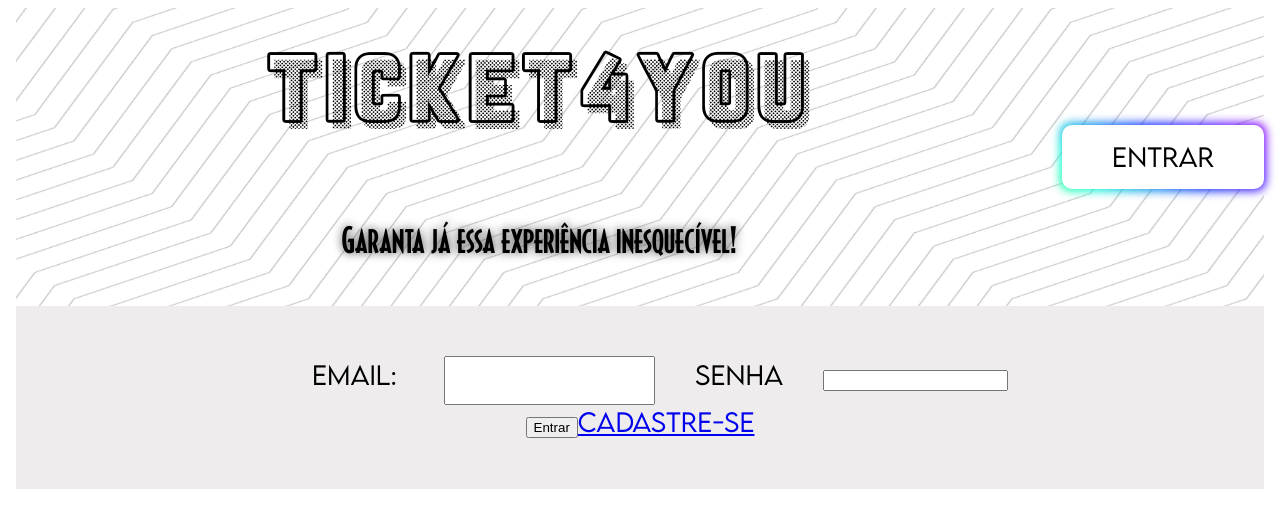
Repository: hellengurgaczz/projeto-DSA
Page: /login
The author's editor kept a copy of each file at every save. The page is drawn from the files as they stood at one save, then again after the next save.
The browser window is 1280 px wide. The pictures show the whole page.
The project was rebuilt for these pictures with package versions that can differ from the ones it lists, and the page was loaded fresh each time. Some packages were replaced by stand-ins written for this rebuild. Also part of the build but not shown: angular.json, src/app/ingressos/templates/cadastrar/cadastrar.component.ts, src/app/models/ingresso.model.ts, src/app/services/ingresso.service.ts, src/app/compra/comprar-ingresso/comprar-ingresso.component.ts, src/app/models/compra.model.ts, src/app/services/compra.service.ts, src/app/ingressos/templates/deletar/deletar.component.ts and 3 more.

Above is the page before, as saved 2022-05-10 12:31:31.

### src/index.html
<!doctype html>
<html lang="en">
<head>
  <meta charset="utf-8">
  <title>ProjetoDSA</title>
  <base href="/">
  <meta name="viewport" content="width=device-width, initial-scale=1">
  <link rel="icon" type="image/x-icon" href="favicon.ico">
</head>
<body>
  <app-root></app-root>
</body>
</html>

### src/app/app.module.ts
import { NgModule } from '@angular/core';
import { BrowserModule } from '@angular/platform-browser';
import { HttpClientModule } from '@angular/common/http';

import { AppRoutingModule } from './app-routing.module';
import { BrowserAnimationsModule } from '@angular/platform-browser/animations';
import { AppComponent } from './app.component';
import { HeaderComponent } from './ingressos/templates/header/header.component';
import { CadastrarComponent } from './ingressos/templates/cadastrar/cadastrar.component';
import { ListarComponent } from './ingressos/templates/listar/listar.component';
import { DeletarComponent } from './ingressos/templates/deletar/deletar.component';
import { EditarComponent } from './ingressos/templates/editar/editar.component';

// imports angular material

import { FormsModule } from '@angular/forms';
import { ComprarIngressoComponent } from './compra/comprar-ingresso/comprar-ingresso.component';
import { LoginComponent } from './login/login.component';
import { LoginCadastroComponent } from './login/login-cadastro/login-cadastro.component';


@NgModule({
  imports: [
    BrowserModule,
    AppRoutingModule,
    HttpClientModule,
    BrowserAnimationsModule,
    FormsModule
  ],
  declarations: [
    AppComponent,
    HeaderComponent,
    CadastrarComponent,
    ListarComponent,
    DeletarComponent,
    EditarComponent,
    ComprarIngressoComponent,
    LoginComponent,
    LoginCadastroComponent
  ],
  providers: [],
  bootstrap: [AppComponent]
})
export class AppModule { }

### src/app/app-routing.module.ts
import { NgModule } from '@angular/core';
import { RouterModule, Routes } from '@angular/router';
import { CadastrarComponent } from './ingressos/templates/cadastrar/cadastrar.component';
import { ComprarIngressoComponent } from './compra/comprar-ingresso/comprar-ingresso.component';
import { DeletarComponent } from './ingressos/templates/deletar/deletar.component';
import { EditarComponent } from './ingressos/templates/editar/editar.component';
import { ListarComponent } from './ingressos/templates/listar/listar.component';
import { LoginComponent } from './login/login.component';
import { LoginCadastroComponent } from './login/login-cadastro/login-cadastro.component';

const routes: Routes = [
  {path: "", component: ListarComponent},
  {path: "cadastrar", component: CadastrarComponent},
  {path: "listar", component: ListarComponent},
  {path: "editar/:id", component: EditarComponent},
  {path: "deletar/:id", component: DeletarComponent},
  {path: "comprar/:id", component: ComprarIngressoComponent},
  {path: "login", component: LoginComponent},
  {path: "login/cadastro", component: LoginCadastroComponent}
];

@NgModule({
  imports: [RouterModule.forRoot(routes)],
  exports: [RouterModule]
})

export class AppRoutingModule { }

### src/app/app.component.ts
import { Component } from '@angular/core';

@Component({
  selector: 'app-root',
  templateUrl: './app.component.html',
  styleUrls: ['./app.component.css']
})
export class AppComponent {
  title = 'projeto-DSA';
}

### src/app/login/login.component.ts
import { Component, OnInit } from '@angular/core';
import { ActivatedRoute, Router } from '@angular/router';
import { Login } from '../models/login.model';
import { LoginService } from '../services/login.service';

@Component({
  selector: 'app-login',
  templateUrl: './login.component.html',
  styleUrls: ['./login.component.css']
})
export class LoginComponent implements OnInit {

  login: Login = new Login();

  constructor(private service: LoginService, private router: Router, private route: ActivatedRoute) { }

  ngOnInit(): void {

  }

  verificarLogin() {
    this.service.buscarLogin(this.login).subscribe(() => {
      this.router.navigate(['/listar']);
    });
  }

}

### src/app/app.component.html
<body>
  <app-header></app-header>

  <main>

    <router-outlet></router-outlet>

  </main>
</body>

### src/app/app.component.css
body {
    background-color: rgba(146, 132, 132, 0.151);
}

### src/app/ingressos/templates/header/header.component.html

<div class="header">
    <div class="titulo">
        <h1 style="font-weight: lighter;">
            TICKET4YOU
        </h1>
        <h4 class="desc">
            Garanta já essa experiência inesquecível!
        </h4>
    </div>
    <div class="login">
        <a routerLink="./login">Entrar</a>
    </div>
</div>

### src/app/ingressos/templates/header/header.component.css
div.header {
    display: flex;
    flex-direction: row;
    background-image: url(../fonts/SL_042620_30310_10.jpg);
    background-size: cover;
}

.titulo {
    display: flex;
    width: 95%;
    align-items: center;
    justify-content: center;
    flex-direction: column;
    font-size: 25px;
    font-family:AMP;
}

.desc{
  font-family: DecoturaICG;
  text-shadow: 0 0 10px #424242;
  font-size: 35px;
  font-weight: lighter
}

.login {
    display: flex;
    justify-content: end;
    align-items: center;
}

a{
  padding: 0.6em 2em;
  border: none;
  text-decoration: none;
  font-family: LEMONMILK-Light;
  font-size: 25px;
  outline: none;
  color: rgb(0, 0, 0);
  background: rgb(255, 255, 255);
  cursor: pointer;
  position: relative;
  z-index: 0;
  border-radius: 10px;
  user-select: none;
  -webkit-user-select: none;
  touch-action: manipulation;
}

a::before{
  content: "";
  background: linear-gradient(
    45deg,
    #ff0000,
    #ff7300,
    #fffb00,
    #48ff00,
    #00ffd5,
    #002bff,
    #7a00ff,
    #ff00c8,
    #ff0000
  );
  position: absolute;
  top: -2px;
  left: -2px;
  background-size: 400%;
  z-index: -1;
  filter: blur(5px);
  -webkit-filter: blur(5px);
  width: calc(100% + 4px);
  height: calc(100% + 4px);
  animation: glowing-button-85 20s linear infinite;
  transition: opacity 0.3s ease-in-out;
  border-radius: 10px;
}

a::after{
  z-index: -1;
  content: "";
  position: absolute;
  width: 100%;
  height: 100%;
  background: rgb(255, 255, 255);
  left: 0;
  top: 0;
  border-radius: 10px;
}

@font-face{
  font-family: AMP;
  src:url(../fonts/AMP.ttf)
}

@font-face{
  font-family: LEMONMILK-Light;
  src: url(../fonts/LEMONMILK-Light.otf);
}

@font-face{
  font-family: DecoturaICG;
  src: url(../fonts/DecoturaICG.ttf);
}

@keyframes glowing-button-85 {
  0% {
    background-position: 0 0;
  }
  50% {
    background-position: 400% 0;
  }
  100% {
    background-position: 0 0;
  }
}

### src/app/login/login.component.html
<div class="all">
    <label class="email" for="email">Email: </label>
    <input type="text"  name="email" class="emailinput" [(ngModel)]="login.email">

    <label class="senha" for="senha">Senha</label>
    <input type="password"  name="email" class="senhainuput" [(ngModel)]="login.senha">

    <div>
        <button (click)="verificarLogin()">Entrar</button>
        <a routerLink="login/cadastro">Cadastre-se</a>
    </div>
</div>

### src/app/login/login.component.css
.all{
  font-family: LEMONMILKLight;
  font-size: 25px;
  text-align: center;
  padding: 50px;
}

.email{
  margin: 40px;
}

.senha{
  margin: 40px;
}

.emailinput{
  padding: 15px;
}

@font-face{
  font-family: LEMONMILKLight;
  src: url(fonts/LEMONMILK-Light.otf);
}

### src/app/models/login.model.ts
export class Login {
    id: number = 0;
    email?: string;
    senha?: string;
}

### src/app/services/login.service.ts
import { HttpClient } from '@angular/common/http';
import { Injectable } from '@angular/core';
import { Observable } from 'rxjs';
import { Login } from '../models/login.model';

@Injectable({
  providedIn: 'root'
})
export class LoginService {

  constructor(private http: HttpClient) { }

  URL = "http://localhost:3001/logins";


    buscarLogin(login : Login) : Observable<Login>{
      return this.http.get<Login>(this.URL + "/" + login.id);
    }

    cadastrarIngresso(login : Login) : Observable<any> {
      return this.http.post(this.URL, login);
    }
}

Loaded but not shown: src/styles.css (common file); src/main.ts (common file); src/environments/environment.ts (common file); src/app/ingressos/templates/header/header.component.ts (common file)

After the next save:
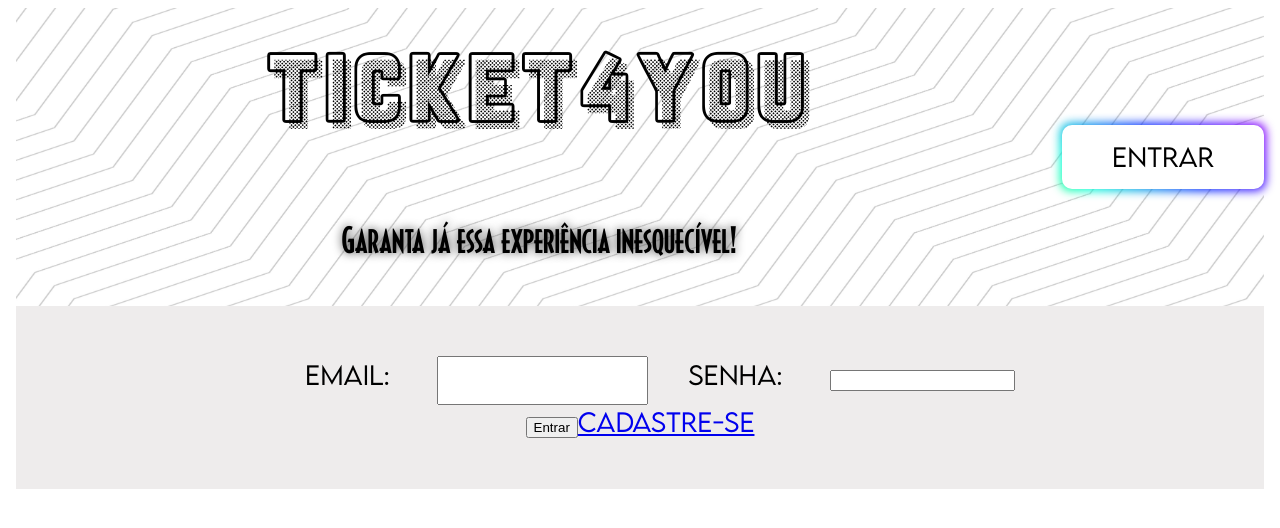
Saved 5 s later.
--- a/src/app/login/login.component.html
+++ b/src/app/login/login.component.html
@@ -2,7 +2,7 @@
     <label class="email" for="email">Email: </label>
     <input type="text"  name="email" class="emailinput" [(ngModel)]="login.email">
 
-    <label class="senha" for="senha">Senha</label>
+    <label class="senha" for="senha">Senha: </label>
     <input type="password"  name="email" class="senhainuput" [(ngModel)]="login.senha">
 
     <div>
